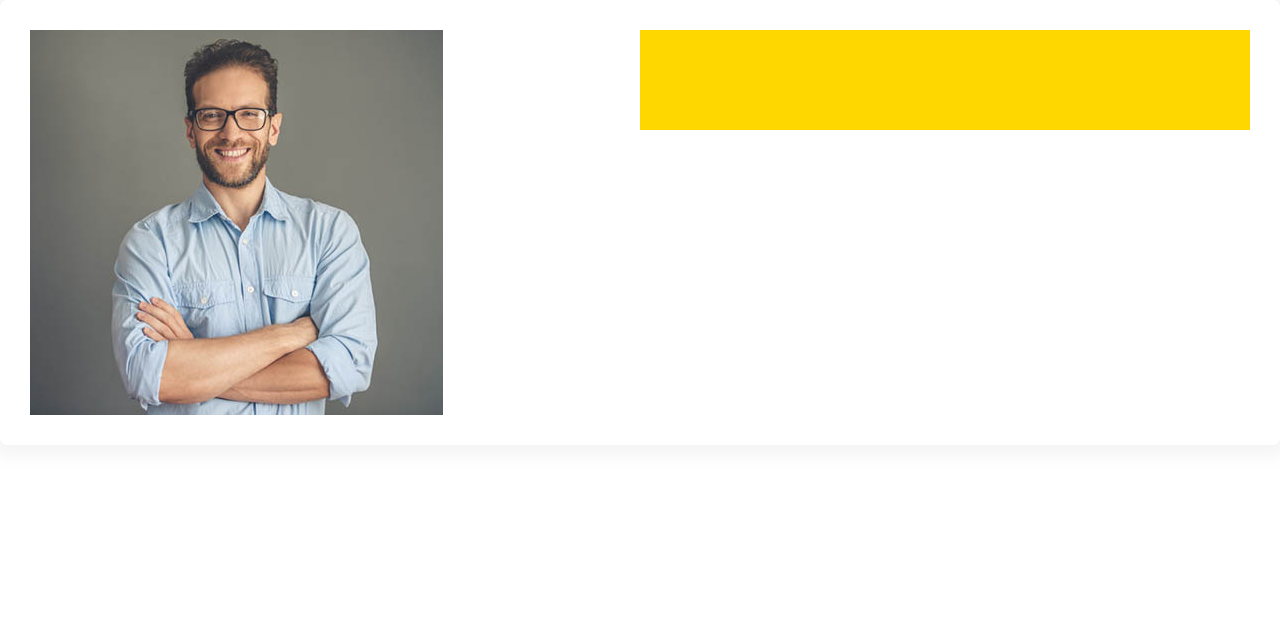
Repository: LeonUIO/first_website
Page: index.html
An editor plug-in stored every save of this project. The page is shown before and after the next save, followed by the edit.
The browser window is 1280 px wide. The pictures show the whole page.

Above is the page before, as saved 2021-04-05 11:46:24.

After the next save:
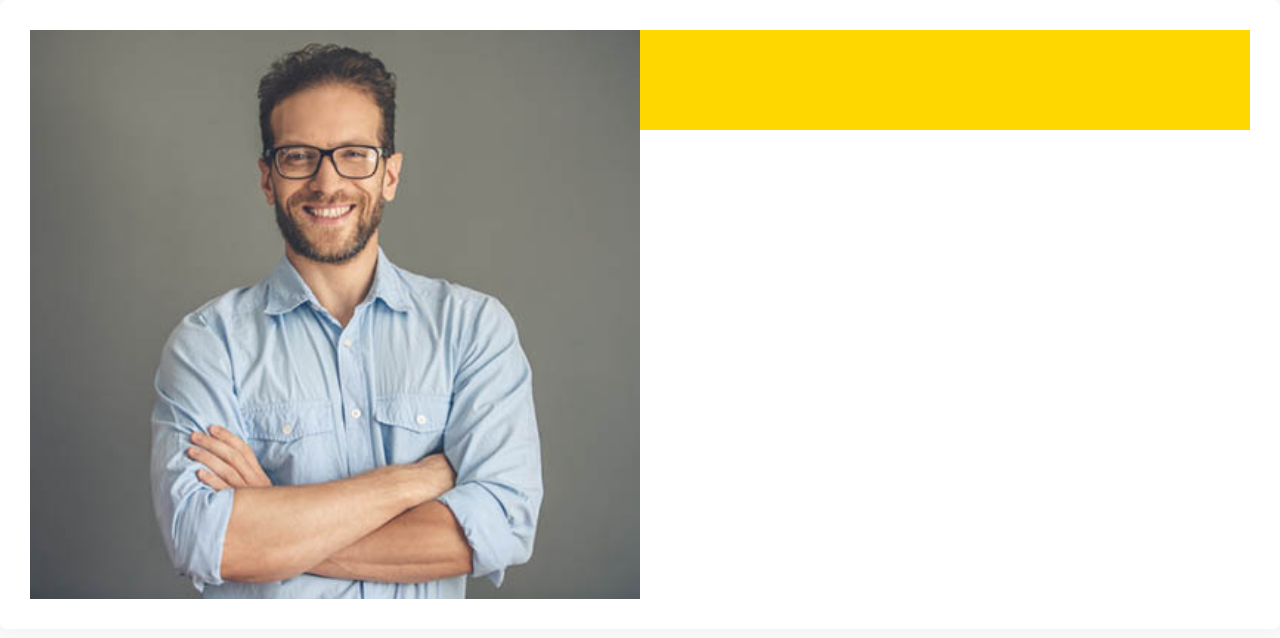
Saved 34 s later.
--- a/index.html
+++ b/index.html
@@ -15,7 +15,7 @@
     <div class="card testimonial">
       <div class="grid grid--cols-2">
         <img
-          class="testimoial__image"
+          class="testimonial__image"
           src="./images/testimonial.jpg"
           alt="A happy man."
         />
